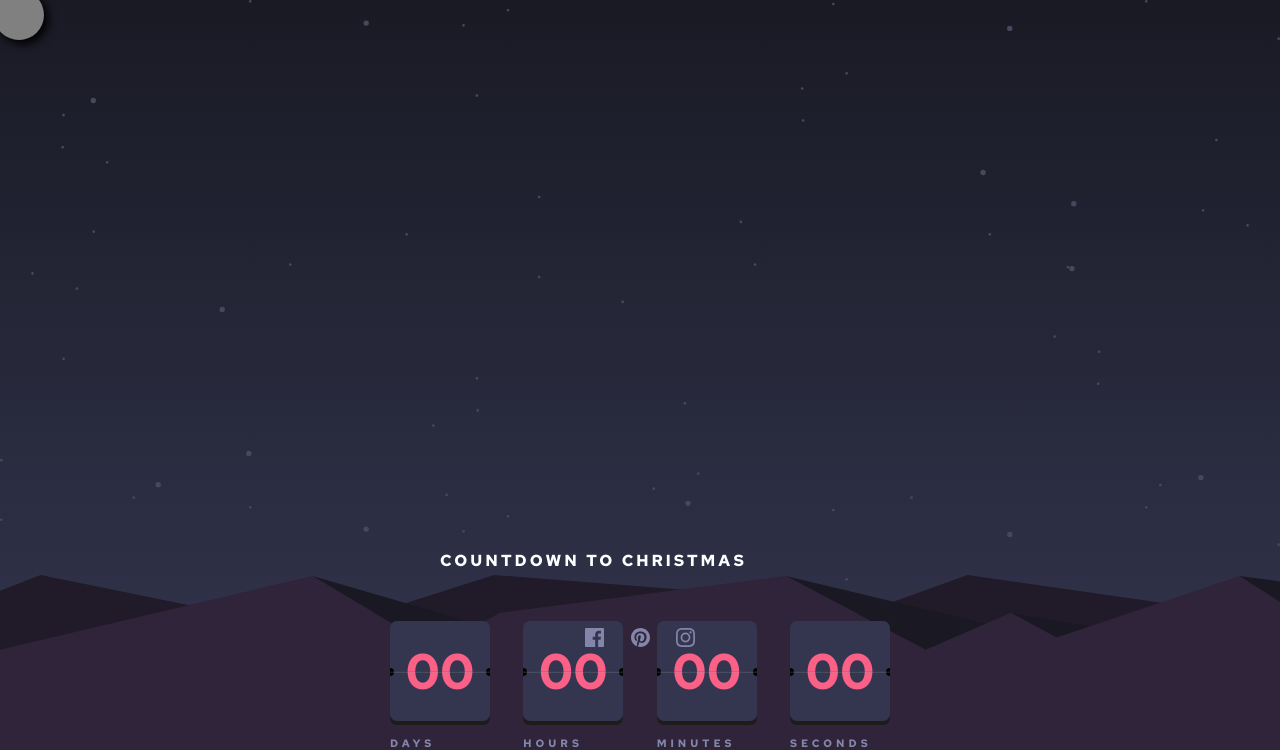
Repository: Eugene44-hub/countdown
Page: index.html
These files come from the project's save history. The page is drawn as it stood at one moment and after the next save; the edit follows.
The browser window is 1280 px wide. The pictures show the whole page.
Backgrounds fixed to the window are drawn as part of the page.

Above is the page before, as saved 2021-09-13 02:39:56.

### index.html
<!DOCTYPE html>
<html lang="en">

<head>
    <meta charset="UTF-8">
    <meta http-equiv="X-UA-Compatible" content="IE=edge">
    <meta name="viewport" content="width=device-width, initial-scale=1.0">
    <title>Document</title>
    <link rel="stylesheet" href="style.css">
</head>

<body>
    <div class="container">

        <div class="toggle"></div>
    </div>

    <div class="timer">
        <h4 class="col10">countdown to christmas</h4>
        <div>
            <div class="card">
                <div class="circle"></div>
                <div class="circle circle2"></div>
                <p id="days">00</p>
                <hr>
            </div>
            <h6>days</h6>
        </div>
        <div>
            <div class="card">
                <div class="circle"></div>
                <div class="circle circle2"></div>
                <p id="hours">00</p>
                <hr>
            </div>
            <h6>hours</h6>
        </div>
        <div>
            <div class="card">
                <div class="circle"></div>
                <div class="circle circle2"></div>
                <p id="minutes">00</p>
                <hr>
            </div>
            <h6>minutes</h6>
        </div>
        <div>
            <div class="card">
                <div class="circle"></div>
                <div class="circle circle2"></div>
                <p id="seconds">00</p>
                <hr>
            </div>
            <h6>seconds</h6>
        </div>

    </div>
    <footer>
        <div class="social-media" id="facebook">
            <a href=""><img src="images/icon-facebook.svg"></a>
        </div>
        <div class="social-media" id="pinterest">
            <a href="">
                <img src="images/icon-pinterest.svg">
            </a>
        </div>
        <div class="social-media" id="instagram">
            <a href="">
                <img src="images/icon-instagram.svg">
            </a>
        </div>



    </footer>
    </div>

    <script src="app.js"></script>

</body>

</html>

</html>

### style.css
    @import url('https://fonts.googleapis.com/css2?family=Red+Hat+Text:wght@700&display=swap');
    * {
        padding: 0;
        margin: 0;
        box-sizing: border-box;
    }

    body {
        /* background-color: hsl(235, 16%, 14%); */
        /* background-color: hsl(234, 17%, 12%); */
        background-image: url('images/pattern-hills.svg'), url('images/bg-stars.svg'), linear-gradient( hsl(235, 18%, 12%), hsl(236, 21%, 26%));
        background-position: bottom, top;
        background-repeat: no-repeat, repeat;
        background-size: contain;
        background-attachment: fixed;
        font-family: 'Red Hat Text';
    }

    .container {
        display: flex;
        width: 100%;
        height: 500px;
        flex-wrap: wrap;
        text-align: center;
    }

    .col10 {
        flex: 100%;
        margin: auto;
    }

    h4 {
        color: white;
        padding: 50px;
        text-transform: uppercase;
        letter-spacing: 3px;
    }

    h6 {
        color: white;
        text-transform: uppercase;
        margin-top: 15px;
        color: hsl(237, 18%, 59%);
        letter-spacing: 4px;
    }

    .timer {
        margin: auto;
        display: flex;
        flex-wrap: wrap;
        justify-content: space-between;
        max-width: 500px;
    }

    .card {
        background-color: hsl(236, 21%, 26%);
        width: 100px;
        height: 100px;
        position: relative;
        overflow: hidden;
        box-shadow: 0px 4px rgb(29, 27, 27);
        border-radius: 7px;
        display: flex;
    }

    p {
        font-size: 50px;
        color: hsl(345, 95%, 68%);
        margin: auto;
    }

    .circle {
        border-width: 4px;
        border-radius: 50%;
        border-color: black;
        border-style: solid;
        height: 1px;
        position: absolute;
        left: -4px;
        top: 47%;
    }

    .circle2 {
        left: 96px;
    }

    hr {
        position: absolute;
        width: 100%;
        top: 50%;
        left: 0%;
        border-color: rgb(158, 158, 158);
        opacity: 0.2;
    }

    footer {
        display: flex;
        justify-content: space-between;
        flex: 100%;
        max-width: 130px;
        position: absolute;
        bottom: 5%;
        left: 50%;
        transform: translate(-50%, -50%);
    }

    img {
        width: 100%
    }

    .social-media {
        width: 30%;
        padding: 10px;
    }

    img:hover {
        background-color: hsl(345, 95%, 68%);
    }

    .box {
        background-color: black;
        height: 30px;
        width: 100px;
        position: relative;
        transition: all 0.5s;
        border-radius: 10px;
    }

    .toggle {
        top: -10px;
        background-color: grey;
        height: 50px;
        width: 50px;
        box-shadow: 4px 4px 10px black;
        border-radius: 50%;
        position: absolute;
        left: -6px;
        transition: all 0.5s;
    }

    @media screen and (max-width: 720px) {
        .timer {
            max-width: 100%;
            padding: 2px;
        }
        body {
            background-image: url('images/snow-clipart-620123-ields-covered-with-snow-under-a-b-Stock-Vector.jpg');
            background-size: auto;
        }
    }
    /* timer color  hsl(345, 95%, 68%)
timer card color hsl(237, 18%, 59%)
* /

### app.js
setInterval(e => {
    const days = document.querySelector('#days');
    const hours = document.querySelector('#hours');
    const minutes = document.querySelector('#minutes');
    const seconds = document.querySelector('#seconds');
    //Actual values
    const proposed = new Date('2021-12-25');
    const current = new Date();

    const proArr = [proposed.getHours(), proposed.getMinutes(), proposed.getSeconds(), proposed.getDay(), proposed.getMonth()];
    let daysTo, hoursTo, minutesTo, secondsTo;

    daysTo = (((proArr.at(-1) * 31) - 7) + proposed.getDate()) - (((current.getMonth() * 31) - 5) + current.getDate());
    hoursTo = (24 - current.getHours());
    minutesTo = (60 - current.getMinutes());
    secondsTo = (60 - current.getSeconds());

    days.textContent = daysTo;
    hours.textContent = hoursTo;
    minutes.textContent = minutesTo;
    seconds.textContent = secondsTo;
}, Infinity)









//calculation starts
// console.log((((proArr.at(-1) * 31) - 7) + proposed.getDate()) - (((current.getMonth() * 31) - 5) + current.getDate()) + 'days to christmas');
// console.log('hours:' + (24 - current.getHours()));
// console.log('minutes:' + (60 - current.getMinutes()));
// console.log('seconds:' + (60 - current.getSeconds()));
//claculations end


// console.log('proposed days:' + (((proArr.at(-1) * 31) - 7) + proposed.getDate()));
// console.log('current days:' + (((current.getMonth() * 31) - 5) + current.getDate()));
//test
// let cal = proposed. - current;
// console.log(proposed);
// console.log(current.getDate());
// console.log(proArr.at(-1) + 1);
// let another = new Date(cal);
// console.log(another)
//359-253 propsed day - current day(mth*31-7) for september minus 6

After the next save:
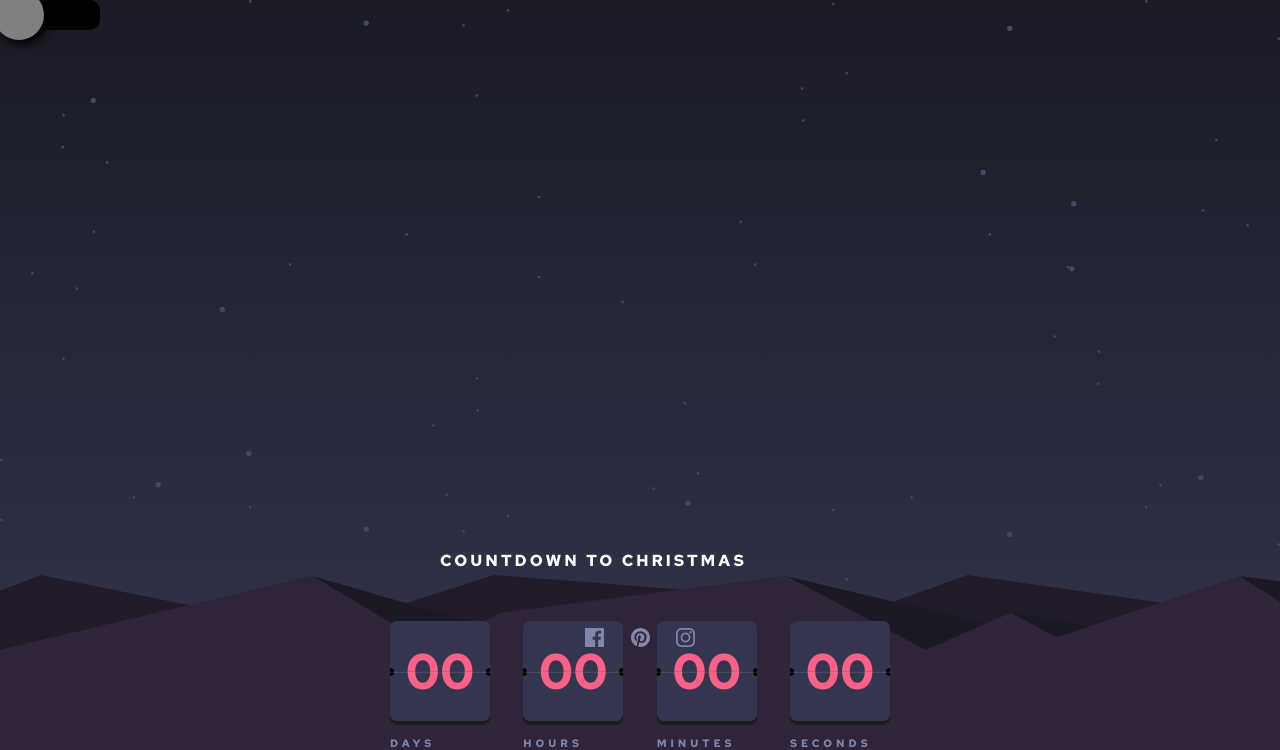
Saved 16 s later.
--- a/index.html
+++ b/index.html
@@ -11,7 +11,7 @@
 
 <body>
     <div class="container">
-
+        <div class="box "></div>
         <div class="toggle"></div>
     </div>
 
